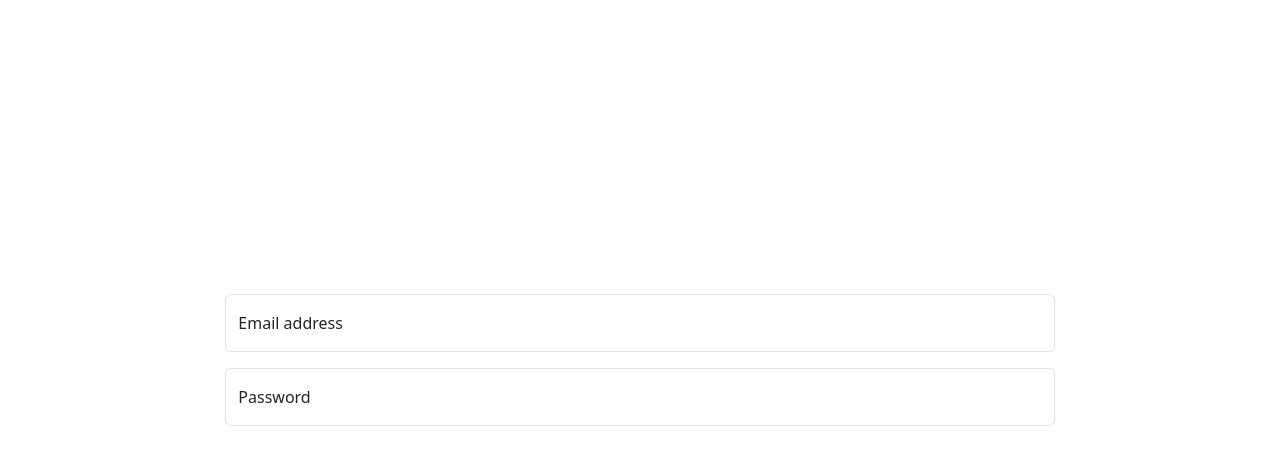
Repository: jaevoy2/lara_demo
Page: http://localhost/
These files come from the project's save history. The page is drawn as it stood at one moment and after the next save; the edit follows.
The browser window is 1280 px wide. The pictures show the whole page.
The page is served by the project's Laravel application, run on PHP 8.4 with Laravel 12. Other server files are loaded and not shown.

Above is the page before, as saved 2026-07-06 22:49:13.

### routes/web.php
<?php

use Illuminate\Support\Facades\Route;
use App\Http\Controllers\StudentController;


Route::get('/', function () {
    return view('login');
});

Route::get('/dashboard', function () {
    return view('dashboard');
});

### resources/views/login.blade.php
@extends('_layout._auth-head')

@section('content')

    <div class="container d-flex flex-column justify-content-center vh-100 col-8">
        <div class="form-floating mb-3">
            <input type="email" class="form-control" id="floatingInput" placeholder="name@example.com">
                <label for="floatingInput">Email address</label>
        </div>
        <div class="form-floating">
            <input type="password" class="form-control" id="floatingPassword" placeholder="Password">
            <label for="floatingPassword">Password</label>
        </div>
    </div>

@endsection

### resources/views/_layout/_auth-head.blade.php
<!DOCTYPE html>
<html lang="en">
<head>
    <meta charset="UTF-8">
    <meta name="viewport" content="width=device-width, initial-scale=1.0">
    <link href="https://cdn.jsdelivr.net/npm/bootstrap@5.3.8/dist/css/bootstrap.min.css" rel="stylesheet" integrity="sha384-sRIl4kxILFvY47J16cr9ZwB07vP4J8+LH7qKQnuqkuIAvNWLzeN8tE5YBujZqJLB" crossorigin="anonymous">
    <link rel="stylesheet" href="{{ asset('css/styles.css') }}">
    <title>Document</title>
</head>
<body>

    @yield('content')

    <script src="https://cdn.jsdelivr.net/npm/bootstrap@5.3.8/dist/js/bootstrap.bundle.min.js" integrity="sha384-FKyoEForCGlyvwx9Hj09JcYn3nv7wiPVlz7YYwJrWVcXK/BmnVDxM+D2scQbITxI" crossorigin="anonymous"></script>
</body>
</html>

After the next save:
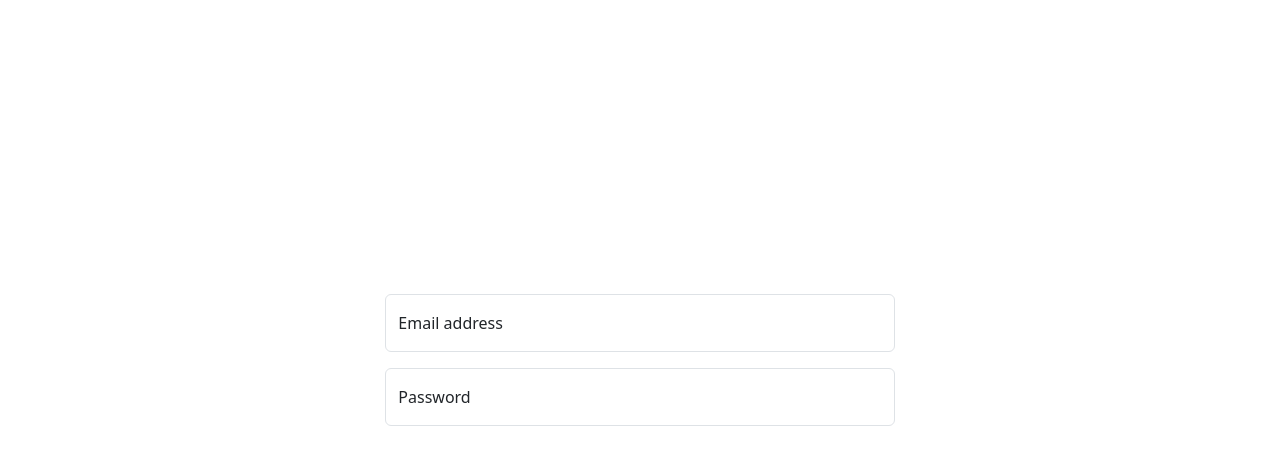
Saved 6 s later.
--- a/resources/views/login.blade.php
+++ b/resources/views/login.blade.php
@@ -2,7 +2,7 @@
 
 @section('content')
 
-    <div class="container d-flex flex-column justify-content-center vh-100 col-8">
+    <div class="container d-flex flex-column justify-content-center vh-100 col-5">
         <div class="form-floating mb-3">
             <input type="email" class="form-control" id="floatingInput" placeholder="name@example.com">
                 <label for="floatingInput">Email address</label>
